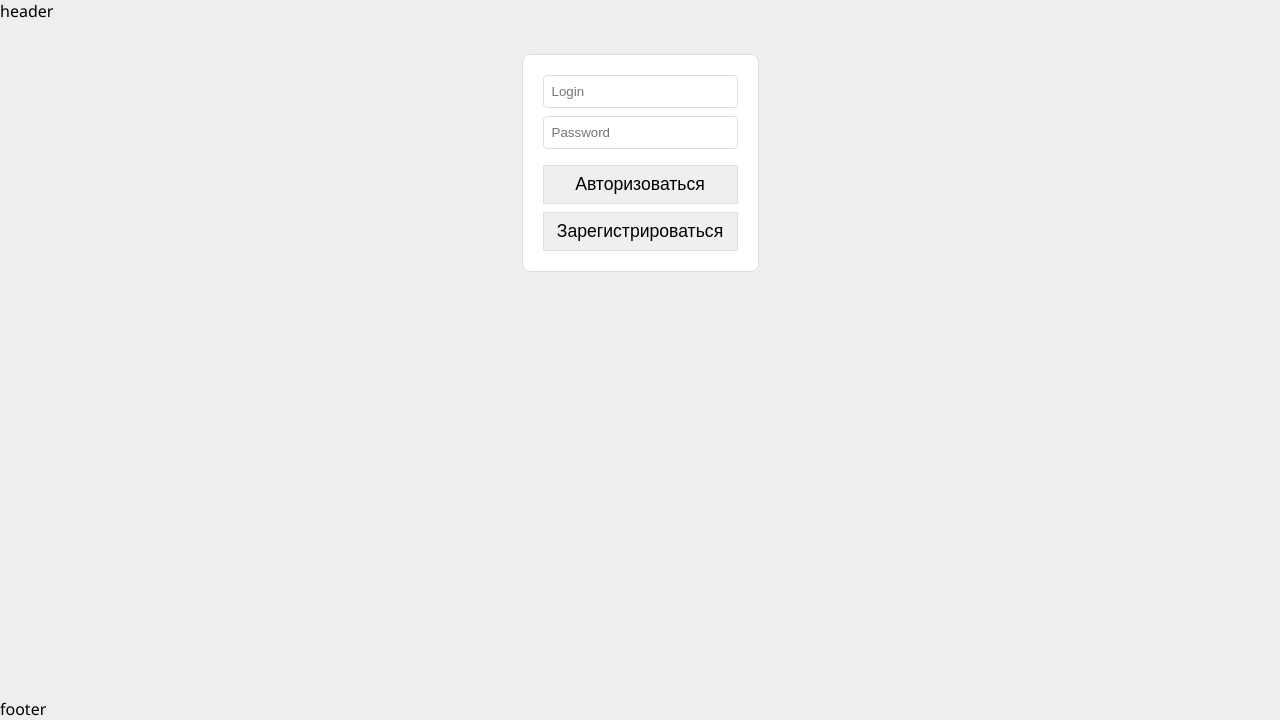
Repository: slep0y/fakeAuth
Page: index.html
An editor plug-in stored every save of this project. The page is shown before and after the next save, followed by the edit.
The browser window is 1280 px wide. The pictures show the whole page.
The style sheet was rebuilt from its Sass, Less or Tailwind sources for each picture, by a compiler version that may differ from the author's.

Above is the page before, as saved 2025-01-19 18:12:32.

### index.html
<!DOCTYPE html>
<html lang="ru">
<head>
    <meta charset="UTF-8">
    <meta name="viewport" content="width=device-width, initial-scale=1.0">
    <!-- <link rel="stylesheet" href="./styles/special-style.css"> -->
    <link rel="stylesheet" href="/styles/style.css">
    <title>Document</title>
</head>
<body class="page">
    <header class="header">header</header>
    <main class="main">
        <section class="auth-section hidden">
            <div class="container">
                <div class="auth-section__inner">
                    <form action="*" class="form" id="authForm">
                        <div class="fieldgroup">
                            <input id="loginName" name="loginName" type="text" class="input" placeholder="Login">
                            <input id="loginPass" name="loginPass" type="password" class="input" placeholder="Password">
                        </div>
                        <div class="controls">
                            <button id="authButton" class="button">Авторизоваться</button>
                            <button id="regButton" class="button">Зарегистрироваться</button>
                        </div>
                    </form>
                </div>
            </div>
        </section>
        <section class="content hidden">
            <div class="container">
                <div class="content__inner">
                    <button id="exitButton" class="button">Выйти из профиля</button>
                    <h1>Приветствую</h1>
                </div>
            </div>
        </section>
    </main>
    <footer class="footer">footer</footer>

    <script src="./js/script.js"></script>
</body>
</html>

### js/script.js
let form = document.querySelector('#authForm'),
    authSection = document.querySelector('.auth-section'),
    content = document.querySelector('.content'),
    authButton = form.querySelector('#authButton'),
    regButton = form.querySelector('#regButton'),
    exitButton = document.querySelector('#exitButton'),
    loginName = form.querySelector('#loginName'),
    loginPass = form.querySelector('#loginPass');

function checkAuthData(){
    if(localStorage.getItem('authorize') && localStorage.getItem('userAuth')){
        let authName = localStorage.getItem('authorize'),
            usersBase = JSON.parse(localStorage.getItem('userAuth'));
        if(usersBase[authName]){
            content.classList.remove('hidden');
            authSection.classList.add('hidden');
            showMessage('Вы авторизованы как: ' + authName);
            cleanFields();
        }else{
            authSection.classList.remove('hidden');
            showMessage('Вы не авторизованы! Авторизуйтесь!');
        }
    }else{
        authSection.classList.remove('hidden');
        showMessage('Вы не авторизованы! Авторизуйтесь!');
    }
    cleanFields();
}

function authorize(e){
    e.preventDefault();
    let name = loginName.value,
        pass = loginPass.value;
    if(localStorage.getItem('userAuth')){
        let usersBase = JSON.parse(localStorage.getItem('userAuth'));
        if(usersBase[name] && pass == usersBase[name]['pass']){
            localStorage.setItem('authorize', name);
            checkAuthData();
        }else{
            showMessage('Неверные: Имя и Пароль');
        }
    }else{
        showMessage('Неверные: Имя и Пароль');
    }
}

function logout(e){
    e.preventDefault();
    localStorage.removeItem('authorize');
    showMessage('Вы вышли из профиля. Автризуйтесь!');
    content.classList.add('hidden');
    authSection.classList.remove('hidden');
}

function register(e){
    e.preventDefault();
    let name = loginName.value,
        pass = loginPass.value;
    if(name != '' && pass != ''){
        if(localStorage.getItem('userAuth')){
            let inBaseUserAuth = JSON.parse(localStorage.getItem('userAuth')),
                newUser = {
                    name: name,
                    pass: pass
                };
            inBaseUserAuth[name] = newUser;
            localStorage.setItem('userAuth', JSON.stringify(inBaseUserAuth));
            showMessage('Вы зарегистрированы! Авторизуйтесь!');
            cleanFields();
        }else{
            let newBaseUserAuth = {
                [name] : {
                    name: name,
                    pass: pass
                }
            };
            localStorage.setItem('userAuth', JSON.stringify(newBaseUserAuth));
            showMessage('Вы зарегистрированы! Авторизуйтесь!');
            cleanFields();
        }
    }
}

function showMessage(text){
    console.log(text);
}
function cleanFields(){
    loginName.value = '';
    loginPass.value = '';
}

checkAuthData();
authButton.onclick = authorize;
regButton.onclick = register;
exitButton.onclick = logout;

### styles/style.scss
@import "_base.scss";
@import "blocks/page/_page.scss";
@import "blocks/container/_container.scss";
@import "blocks/main/_main.scss";
@import "blocks/header/_header.scss";
@import "blocks/footer/_footer.scss";
@import "blocks/auth-section/_auth-section.scss";
@import "blocks/content/_content.scss";
@import "blocks/form/_form.scss";
@import "blocks/fieldgroup/_fieldgroup.scss";
@import "blocks/controls/_controls.scss";
@import "blocks/input/_input.scss";
@import "blocks/button/_button.scss";

### styles/_base.scss
:root{
    --segoe:'Segoe UI', Tahoma, Geneva, Verdana, sans-serif;
    --grey_lite: #dedede;
    --lite: #efefef;
}
body, html {
    margin: 0;
    padding: 0;
    height: 100%;
    font-family: var(--segoe);
}
*, *::after, *::before {
    box-sizing: border-box;
}
section{
    padding-block: 2rem;
}

### styles/blocks/page/_page.scss
.page{
    display: grid;
    grid-auto-rows: min-content auto min-content;
    background-color: var(--lite);
}

### styles/blocks/container/_container.scss
.container {
    width: 100%;
    margin-inline: auto;
    max-width: 1140px;
    padding-inline: 20px;
}

### styles/blocks/main/_main.scss
.main{

}

### styles/blocks/header/_header.scss
.header{
    background-color: #eee;
}

### styles/blocks/footer/_footer.scss
.footer{
    background-color: #eee;
}

### styles/blocks/auth-section/_auth-section.scss
.auth-section{
    display: block;
    &__inner{
        display: grid;
        justify-content: center;
    }
    &.hidden{
        display: none;
    }
}

### styles/blocks/content/_content.scss
.content{
    &.hidden{
        display: none;
    }
}

### styles/blocks/form/_form.scss
.form{
    max-width: 640px;
    width: 100%;
    display: grid;
    gap: 16px;
    border: 1px solid var(--grey_lite);
    padding: 20px;
    border-radius: 8px;
    background-color: #fff;
    &.hidden{
        display: none;
    }
}

### styles/blocks/fieldgroup/_fieldgroup.scss
.fieldgroup{
    display: grid;
    gap: 8px;
}

### styles/blocks/controls/_controls.scss
.controls{
    display: grid;
    gap: 8px;
}

### styles/blocks/input/_input.scss
.input{
    border: 1px solid var(--grey_lite);
    border-radius: 4px;
    padding: 8px;
    background-color: #fff;
    width: 100%;
}

### styles/blocks/button/_button.scss
.button{
    display: flex;
    justify-content: center;
    align-items: center;
    font-size: 1.1rem;
    width: 100%;
    padding: 8px;
    border: 1px solid var(--grey_lite);
    background-color: var(--lite);
}

After the next save:
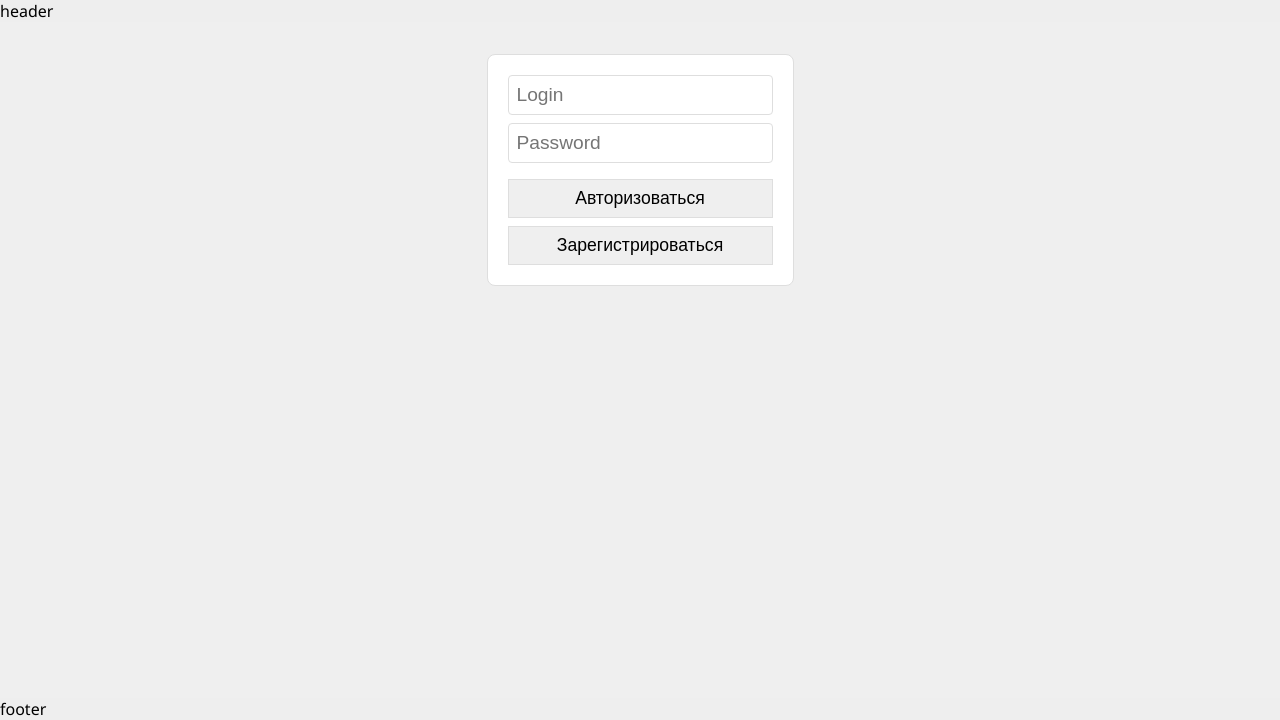
Saved 18 s later.
--- a/styles/blocks/input/_input.scss
+++ b/styles/blocks/input/_input.scss
@@ -4,4 +4,5 @@
     padding: 8px;
     background-color: #fff;
     width: 100%;
+    font-size: 1.2rem;
 }
